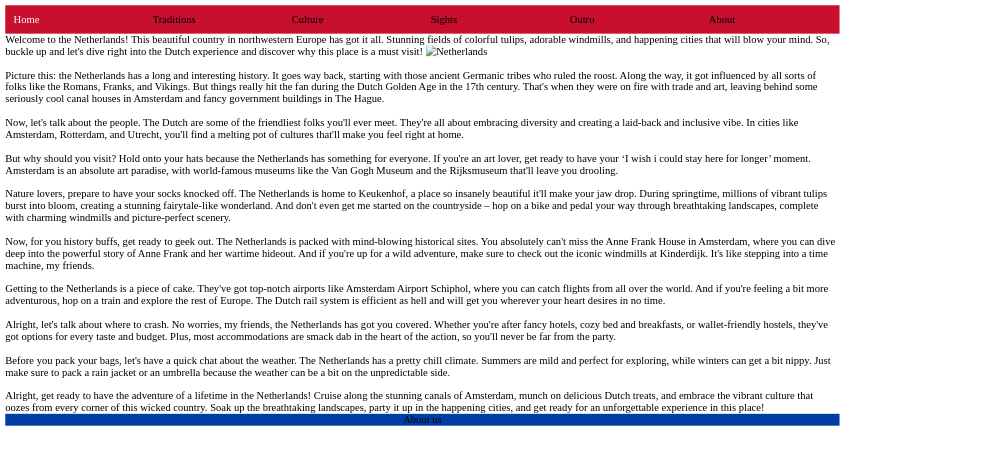
Repository: Cornman63/The-netherlands
Page: index.html
The author's editor kept a copy of each file at every save. The page is drawn from the files as they stood at one save, then again after the next save.
The browser window is 1280 px wide. The page is 1280 px wide, then 1508 px, so the pictures cover 1508 px, including what lies to the right of the window. The pictures show the whole page, at 66% of full size.

Above is the page before, as saved 2023-05-23 10:20:07.

### index.html
<!DOCTYPE html>
<html lang="en">
<head>
    <meta charset="UTF-8">
    <meta http-equiv="X-UA-Compatible" content="IE=edge">
    <meta name="viewport" content="width=device-width, initial-scale=1.0">
    <link rel="stylesheet" href="style.css">
    <title>Visit the Netherlands</title>

</head>
<body>
    <div class="top">
        <div class="site"><a href="index.html" style="color:white" class="link">Home</a></div>
        <div class="site"><a href="traditions.html" style="color:black" class="link">Traditions</a></div>
        <div class="site"><a href="culture.html" style="color:black" class="link">Culture</a></div>
        <div class="site"><a href="sights.html" style="color:black" class="link">Sights</a></div>
        <div class="site"><a href="outro.html" style="color:black" class="link">Outro</a></div>
        <div class="site"><a href="about.html" style="color:black" class="link">About</a></div>
    </div>
    <div class="text">
        Welcome to the Netherlands! This beautiful country in northwestern Europe has got it all. Stunning fields of colorful tulips, adorable windmills, and happening cities that will blow your mind. So, buckle up and let's dive right into the Dutch experience and discover why this place is a must visit!
        <img src="" alt="Netherlands">

        <br>
        <br>

        Picture this: the Netherlands has a long and interesting history. It goes way back, starting with those ancient Germanic tribes who ruled the roost. Along the way, it got influenced by all sorts of folks like the Romans, Franks, and Vikings. But things really hit the fan during the Dutch Golden Age in the 17th century. That's when they were on fire with trade and art, leaving behind some seriously cool canal houses in Amsterdam and fancy government buildings in The Hague.

        <br>
        <br>

        Now, let's talk about the people. The Dutch are some of the friendliest folks you'll ever meet. They're all about embracing diversity and creating a laid-back and inclusive vibe. In cities like Amsterdam, Rotterdam, and Utrecht, you'll find a melting pot of cultures that'll make you feel right at home.

        <br>
        <br>

        But why should you visit? Hold onto your hats because the Netherlands has something for everyone. If you're an art lover, get ready to have your ‘I wish i could stay here for longer’ moment. Amsterdam is an absolute art paradise, with world-famous museums like the Van Gogh Museum and the Rijksmuseum that'll leave you drooling.

        <br>
        <br>

        Nature lovers, prepare to have your socks knocked off. The Netherlands is home to Keukenhof, a place so insanely beautiful it'll make your jaw drop. During springtime, millions of vibrant tulips burst into bloom, creating a stunning fairytale-like wonderland. And don't even get me started on the countryside – hop on a bike and pedal your way through breathtaking landscapes, complete with charming windmills and picture-perfect scenery.

        <br>
        <br>

        Now, for you history buffs, get ready to geek out. The Netherlands is packed with mind-blowing historical sites. You absolutely can't miss the Anne Frank House in Amsterdam, where you can dive deep into the powerful story of Anne Frank and her wartime hideout. And if you're up for a wild adventure, make sure to check out the iconic windmills at Kinderdijk. It's like stepping into a time machine, my friends.

        <br>
        <br>

        Getting to the Netherlands is a piece of cake. They've got top-notch airports like Amsterdam Airport Schiphol, where you can catch flights from all over the world. And if you're feeling a bit more adventurous, hop on a train and explore the rest of Europe. The Dutch rail system is efficient as hell and will get you wherever your heart desires in no time.

        <br>
        <br>

        Alright, let's talk about where to crash. No worries, my friends, the Netherlands has got you covered. Whether you're after fancy hotels, cozy bed and breakfasts, or wallet-friendly hostels, they've got options for every taste and budget. Plus, most accommodations are smack dab in the heart of the action, so you'll never be far from the party.

        <br>
        <br>

        Before you pack your bags, let's have a quick chat about the weather. The Netherlands has a pretty chill climate. Summers are mild and perfect for exploring, while winters can get a bit nippy. Just make sure to pack a rain jacket or an umbrella because the weather can be a bit on the unpredictable side.

        <br>
        <br>

        Alright, get ready to have the adventure of a lifetime in the Netherlands! Cruise along the stunning canals of Amsterdam, munch on delicious Dutch treats, and embrace the vibrant culture that oozes from every corner of this wicked country. Soak up the breathtaking landscapes, party it up in the happening cities, and get ready for an unforgettable experience in this place!
    </div>
    <div class="bottom">
        About us
    </div>
</body>
</html>

### style.css
.top, .bottom {
    display: flex;
    flex-direction: row;
    justify-content: center;
    align-content:center;
    background-color:#C8102E;
}
.bottom{
    background-color: #003DA5;
    height: 520%;
}

.site {
    display: flex;
    border: 1%;
    margin: 1%;
    margin-right: 10%;
    align-content: center;
    width: 90%;
}
.link {
    text-decoration: none;
}
#wafel, #hagel, #herring, #lico {
    width: 20%;
    height: 20%;
}
.food1 {
    display: flex;
    flex-direction: column;
    align-items: center;
}
.food {
    display: flex;
    flex-direction: column;
}

After the next save:
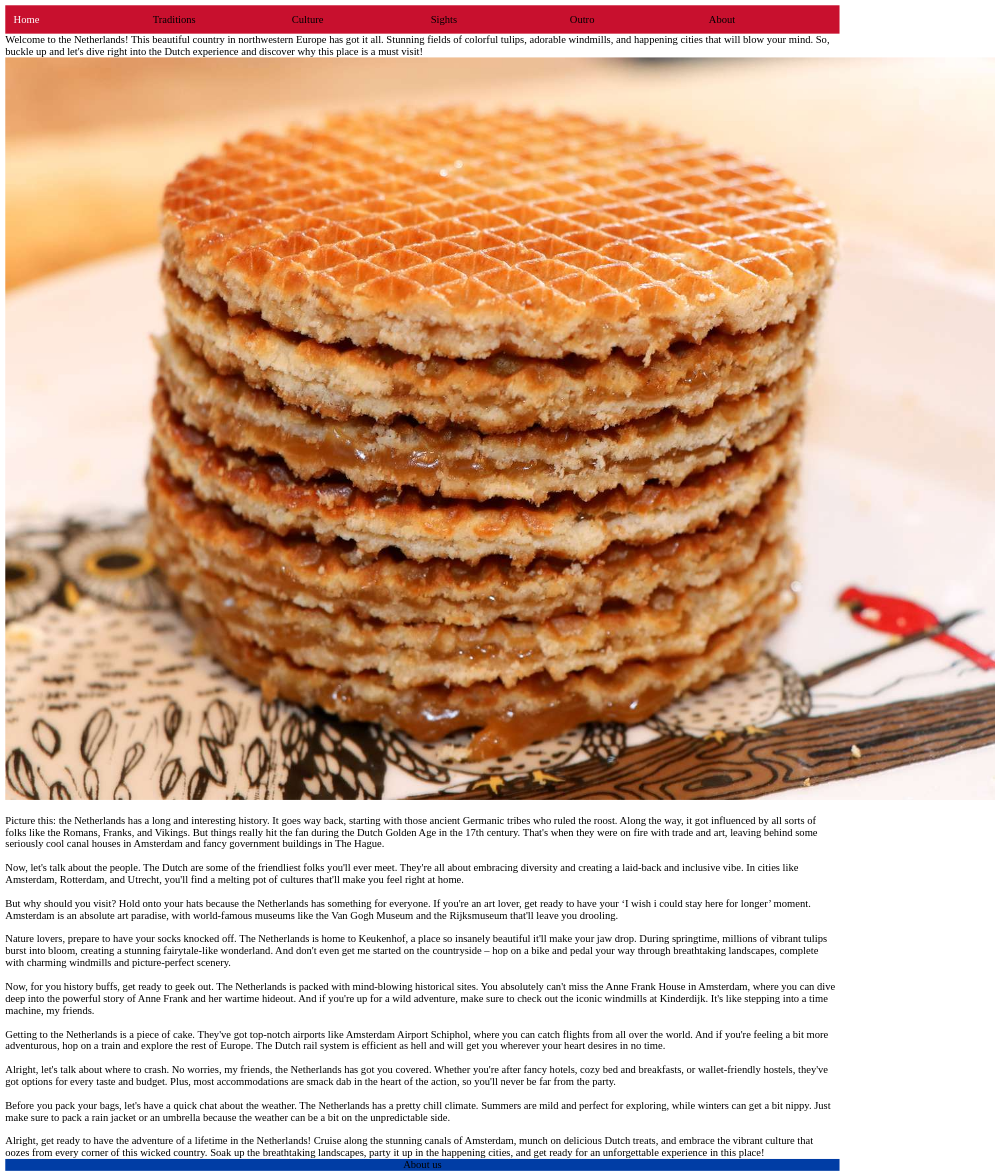
Saved 26 s later.
--- a/index.html
+++ b/index.html
@@ -19,7 +19,7 @@
     </div>
     <div class="text">
         Welcome to the Netherlands! This beautiful country in northwestern Europe has got it all. Stunning fields of colorful tulips, adorable windmills, and happening cities that will blow your mind. So, buckle up and let's dive right into the Dutch experience and discover why this place is a must visit!
-        <img src="" alt="Netherlands">
+        <img src="images/stroopwafel.jpg" alt="Netherlands">
 
         <br>
         <br>
